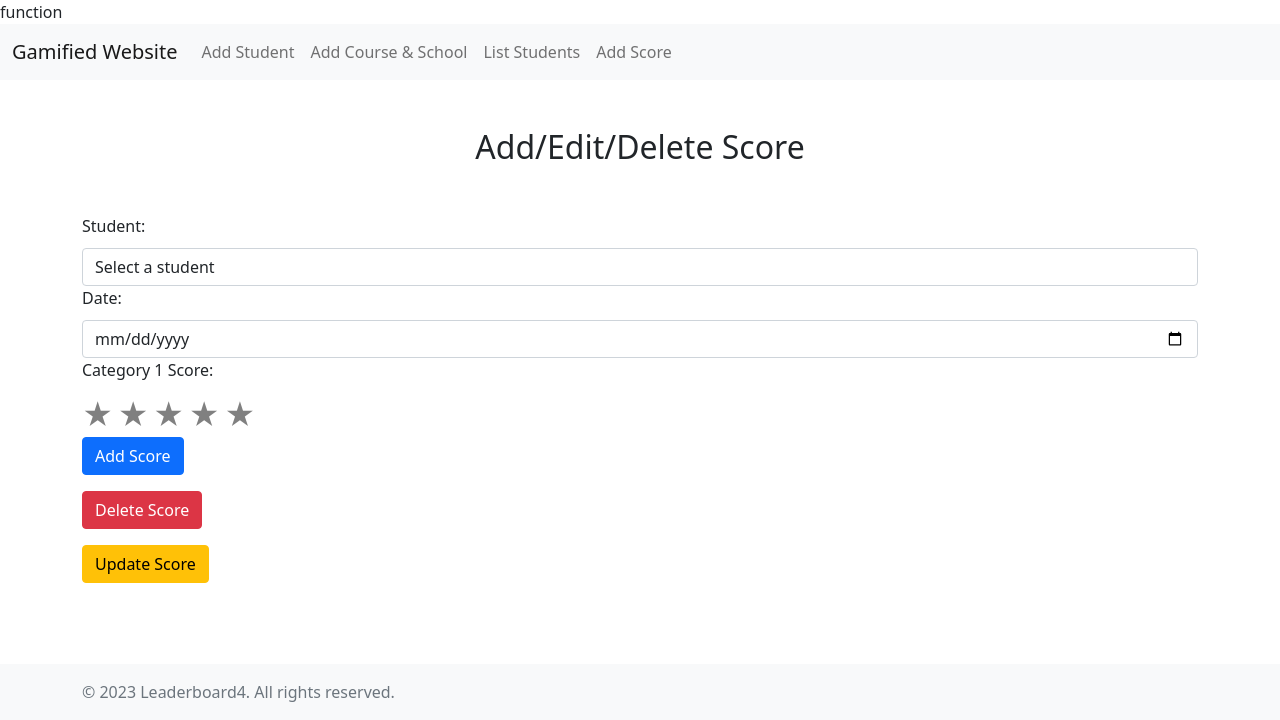
Repository: bigbodhiacademy/gBoard
Page: http://localhost/add_score1.php
These files come from the project's save history. The page is drawn as it stood at one moment and after the next save; the edit follows.
The browser window is 1280 px wide. The pictures show the whole page.
The page is run by PHP 8.4 with error messages shown; the project is at /var/www/html/. The database holds what the project's SQL file puts in it.

Above is the page before, as saved 2023-04-20 19:26:00.

After the next save:
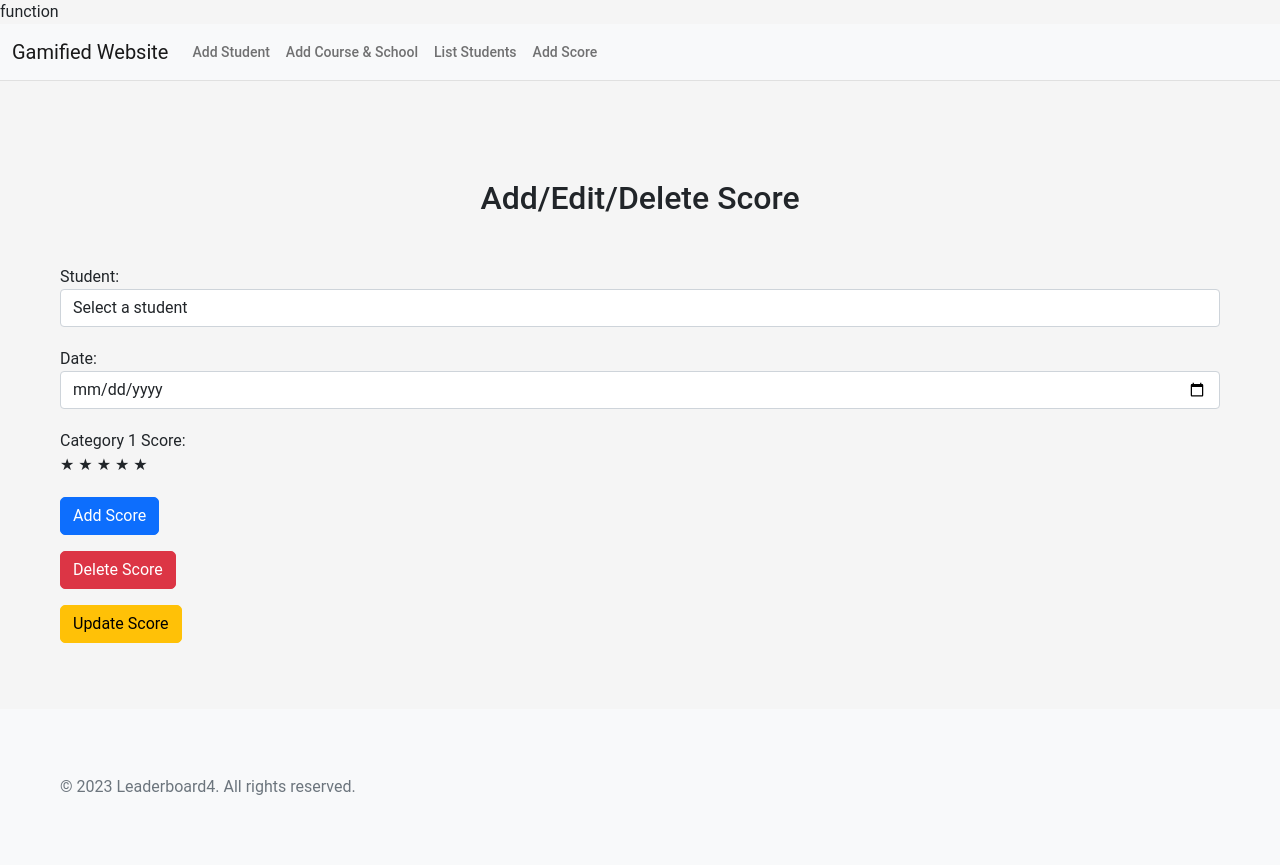
Saved 8 s later.
--- a/styles.css
+++ b/styles.css
@@ -1,35 +1,41 @@
-html {
-    height: 100%;
-  }
+body {
+    font-family: 'Roboto', sans-serif;
+    background-color: #f5f5f5;
+}
 
-  body {
-    display: flex;
-    flex-direction: column;
-    min-height: 100%;
-  }
-  label {
-    display: block;
-    margin-bottom: 10px;
-  }
-  input[type="submit"] {
-    margin-top: 20px;
-  }
-  .stars {
-    display: inline-block;
-  }
-  .stars input[type="radio"] {
-    display: none;
-  }
-  .stars label {
-    display: inline-block;
-    cursor: pointer;
-    color: grey;
-    font-size: 30px;
-    margin: 0;
-    padding: 0;
-  }
-  .stars label:hover,
-  .stars label:hover ~ label,
-  .stars input[type="radio"]:checked ~ label {
-    color: orange;
-  }
+.container {
+    max-width: 1200px;
+    margin: 0 auto;
+    padding: 50px 20px;
+}
+
+h2 {
+    font-weight: 500;
+    margin-bottom: 30px;
+}
+
+.btn {
+    border-radius: 5px;
+}
+
+.navbar {
+    border-bottom: 1px solid #e0e0e0;
+}
+
+.nav-link {
+    font-size: 14px;
+    font-weight: 500;
+}
+
+.form-group {
+    margin-bottom: 20px;
+}
+
+.table {
+    background-color: #fff;
+    border-radius: 5px;
+}
+
+.table thead {
+    background-color: #f5f5f5;
+}
